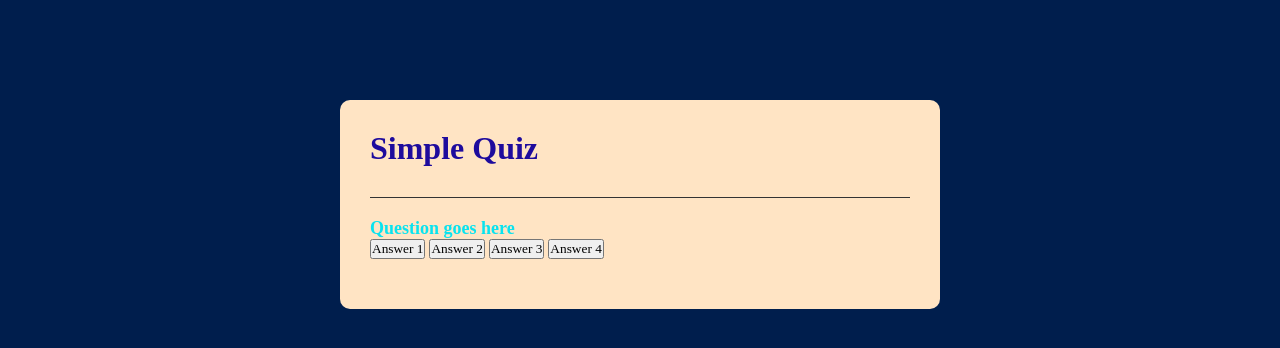
Repository: supriya123yadav/Quiz-project
Page: index.html
These files come from the project's save history. The page is drawn as it stood at one moment and after the next save; the edit follows.
The browser window is 1280 px wide. The pictures show the whole page.

Above is the page before, as saved 2024-07-07 15:46:00.

### index.html
<!DOCTYPE html>
<html lang="en">
<head>
    <meta charset="UTF-8">
    <meta name="viewport" content="width=device-width, initial-scale=1.0">
    <title>Quiz App - Easy Tutorials</title>
    <link rel="stylesheet" href="style.css">
</head>
<body>
    <div class="app">
        <h1>Simple Quiz</h1>
        <div class="quiz">
            <h2 id="question">Question goes here</h2>
            <div id="answer-buttons">
                <button class="btn">Answer 1</button>
                <button class="btn">Answer 2</button>
                <button class="btn">Answer 3</button>
                <button class="btn">Answer 4</button>


            </div>

        </div>

    </div>

</body>
</html>

### style.css
* {
    margin: 0px;
    padding: 0px;
    font-family: serif;
    box-sizing: border-box;

}
body{
    background: #001e4d;
}
.app{
    background:bisque;
    width: 90%;
    max-width: 600px;
    margin: 100px auto 0;
    border-radius: 10px;
    padding: 30px;

}
.app h1{
   font-weight: 25px;
   color: rgb(30, 11, 157);
   font-weight: 600px;
   border-bottom: 1px solid #333;
   padding-bottom: 30px;
}
.quiz{
    padding: 20px 0;

}
.quiz h2{
    font-size: 18px;
    color:rgb(9, 227, 239);


}

After the next save:
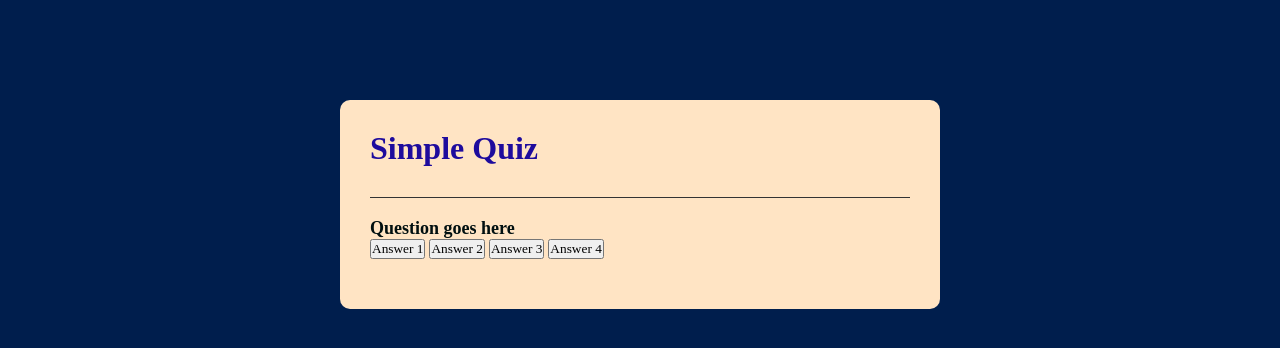
Saved 15 s later.
--- a/style.css
+++ b/style.css
@@ -30,7 +30,7 @@
 }
 .quiz h2{
     font-size: 18px;
-    color:rgb(9, 227, 239);
+    color:rgb(1, 15, 16);
 
 
 }
